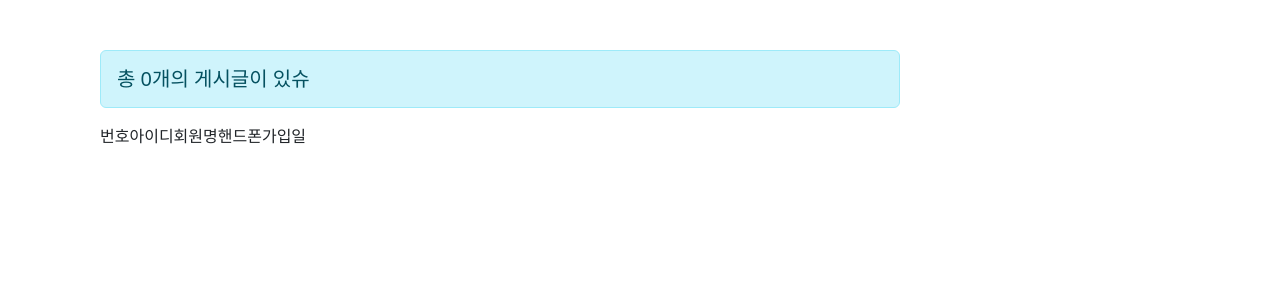
Repository: JunbroGit/SistProject
Page: http://localhost/jsaAjaxProject/mem_gaip/memList.jsp
An editor plug-in stored every save of this project. The page is shown before and after the next save, followed by the edit.
The browser window is 1280 px wide. The pictures show the whole page.
Some web fonts or font styles are not loaded; a fallback is used. The page is served by Tomcat 9. Other server files are loaded and not shown. Queries for data that is not in the repository find no rows.

Above is the page before, as saved 2024-03-18 06:34:07.

### jspwork/jsaAjaxProject/src/main/webapp/mem_gaip/memList.jsp
<%@page import="java.text.SimpleDateFormat"%>
<%@page import="mem_gaip.model.MemgaipDto"%>
<%@page import="java.util.List"%>
<%@page import="mem_gaip.model.MemgaipDao"%>
<%@ page language="java" contentType="text/html; charset=UTF-8"
    pageEncoding="UTF-8"%>
<!DOCTYPE html>
<html>
<head>
<meta charset="UTF-8">
<link href="https://cdn.jsdelivr.net/npm/bootstrap@5.3.2/dist/css/bootstrap.min.css" rel="stylesheet">
<link href="https://fonts.googleapis.com/css2?family=Dongle&family=Gaegu&family=Nanum+Myeongjo&family=Nanum+Pen+Script&family=Noto+Sans+KR:wght@100..900&display=swap" rel="stylesheet">
<script src="https://code.jquery.com/jquery-3.7.0.js"></script>
<title>Insert title here</title>
<%
	MemgaipDao dao=new MemgaipDao();
	List<MemgaipDto> list=dao.getAllDatas();
	SimpleDateFormat sdf=new SimpleDateFormat("yyyy-MM-dd");
%>
</head>
<body>
<div style="margin: 50px 100px; width: 800px;">
	<h5 class="alert alert-info">총 <%=list.size() %>개의 게시글이 있슈</h5>
	<table class="table table-bordered">
		<tr>번호</tr>
		<tr>아이디</tr>
		<tr>회원명</tr>
		<tr>핸드폰</tr>
		<tr>가입일</tr>
	</table>
</div>
</body>
</html>

### jspwork/jsaAjaxProject/src/main/java/mem_gaip/model/MemgaipDao.java
package mem_gaip.model;

import java.sql.Connection;
import java.sql.PreparedStatement;
import java.sql.ResultSet;
import java.sql.SQLException;
import java.util.ArrayList;
import java.util.List;

import mysql.db.DbConnect;

public class MemgaipDao {

	DbConnect db=new DbConnect();

	//아이디가 존재하면 true리턴
	public boolean isIdCheck(String m_id) {

		boolean b=false; //있을 경우에만 true로 변경

		Connection conn=db.getConnection();
		PreparedStatement pstmt=null;
		ResultSet rs=null;

		String sql="select * from memgaip where m_id=?";

		try {
			pstmt=conn.prepareStatement(sql);
			pstmt.setString(1, m_id);
			rs=pstmt.executeQuery();

			if(rs.next()) {

				b=true;
			}
		} catch (SQLException e) {
			// TODO Auto-generated catch block
			e.printStackTrace();
		}finally {
			db.dbClose(rs, pstmt, conn);
		}

		return b;
	}

	public void insertMemgaip(MemgaipDto dto) {

		Connection conn=db.getConnection();
		PreparedStatement pstmt=null;

		String sql="insert into memgaip values(null,?,?,?,?,?,now())";

		try {
			pstmt=conn.prepareStatement(sql);

			pstmt.setString(1, dto.getM_id());
			pstmt.setString(2, dto.getM_pass());
			pstmt.setString(3, dto.getM_name());
			pstmt.setString(4, dto.getM_hp());
			pstmt.setString(5, dto.getM_photo());

			pstmt.execute();
		} catch (SQLException e) {
			// TODO Auto-generated catch block
			e.printStackTrace();
		}finally {
			db.dbClose(pstmt, conn);
		}
	}

	public List<MemgaipDto> getAllDatas(){

		List<MemgaipDto> list=new ArrayList<MemgaipDto>();

		Connection conn=db.getConnection();
		PreparedStatement pstmt=null;
		ResultSet rs=null;

		String sql="select * from memgaip order by m_id";

		try {
			pstmt=conn.prepareStatement(sql);
			rs=pstmt.executeQuery();

			while(rs.next()) {

				MemgaipDto dto=new MemgaipDto();

				dto.setM_num(rs.getString("m_num"));
				dto.setM_id(rs.getString("m_id"));
				dto.setM_name(rs.getString("m_name"));
				dto.setM_hp(rs.getString("m_hp"));
				dto.setM_photo(rs.getString("m_phto"));
				dto.setGaipday(rs.getTimestamp("gaipday"));

				list.add(dto);
			}
		} catch (SQLException e) {
			// TODO Auto-generated catch block
			e.printStackTrace();
		}finally {
			db.dbClose(rs, pstmt, conn);
		}
		return list;
	}
}

### jspwork/jsaAjaxProject/src/main/java/mysql/db/DbConnect.java
package mysql.db;

import java.sql.Connection;
import java.sql.DriverManager;
import java.sql.PreparedStatement;
import java.sql.ResultSet;
import java.sql.SQLException;
import java.sql.Statement;

public class DbConnect {

	static final String MYSQLDRIVER="com.mysql.cj.jdbc.Driver";
	static final String MYSQL_URL="jdbc:mysql://localhost:3306/coffee";

	public DbConnect() {
		try {
			Class.forName(MYSQLDRIVER);
			System.out.println("mysql 드라이버성공");
		} catch (ClassNotFoundException e) {
			// TODO Auto-generated catch block
			//e.printStackTrace();
			System.out.println("mysql 드라이버 실패"+e.getMessage());
		}
	}


	public Connection getConnection()
	{
		Connection conn=null;

		try {
			conn=DriverManager.getConnection(MYSQL_URL, "junbro", "1234");
			System.out.println("MYSQL계정연결성공");
		} catch (SQLException e) {
			// TODO Auto-generated catch block
			e.printStackTrace();
			System.out.println("MYSQL연결실패: "+e.getMessage());
		}


		return conn;
	}

	//close 총 4개 오버로딩
	public void dbClose(ResultSet rs,Statement stmt,Connection conn)
	{

			try {
				if(rs!=null) rs.close();
				if(stmt!=null) stmt.close();
				if(conn!=null) conn.close();
			} catch (SQLException e) {
				// TODO Auto-generated catch block
				e.printStackTrace();
			}
	}

	public void dbClose(Statement stmt,Connection conn)
	{

			try {

				if(stmt!=null) stmt.close();
				if(conn!=null) conn.close();
			} catch (SQLException e) {
				// TODO Auto-generated catch block
				e.printStackTrace();
			}
	}

	public void dbClose(ResultSet rs,PreparedStatement pstmt,Connection conn)
	{

			try {
				if(rs!=null) rs.close();
				if(pstmt!=null) pstmt.close();
				if(conn!=null) conn.close();
			} catch (SQLException e) {
				// TODO Auto-generated catch block
				e.printStackTrace();
			}
	}

	public void dbClose(PreparedStatement pstmt,Connection conn)
	{

			try {

				if(pstmt!=null) pstmt.close();
				if(conn!=null) conn.close();
			} catch (SQLException e) {
				// TODO Auto-generated catch block
				e.printStackTrace();
			}
	}


}

After the next save:
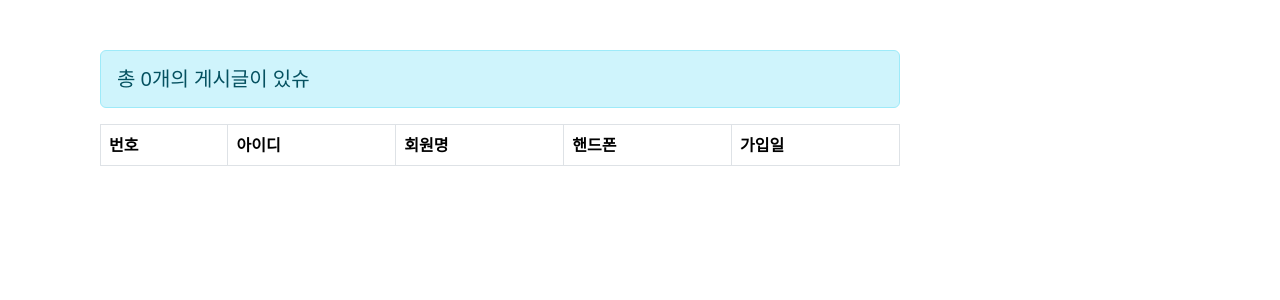
Saved 37 s later.
--- a/jspwork/jsaAjaxProject/src/main/webapp/mem_gaip/memList.jsp
+++ b/jspwork/jsaAjaxProject/src/main/webapp/mem_gaip/memList.jsp
@@ -22,11 +22,11 @@
 <div style="margin: 50px 100px; width: 800px;">
 	<h5 class="alert alert-info">총 <%=list.size() %>개의 게시글이 있슈</h5>
 	<table class="table table-bordered">
-		<tr>번호</tr>
-		<tr>아이디</tr>
-		<tr>회원명</tr>
-		<tr>핸드폰</tr>
-		<tr>가입일</tr>
+		<th>번호</th>
+		<th>아이디</th>
+		<th>회원명</th>
+		<th>핸드폰</th>
+		<th>가입일</th>
 	</table>
 </div>
 </body>

After the 2 saves that followed:
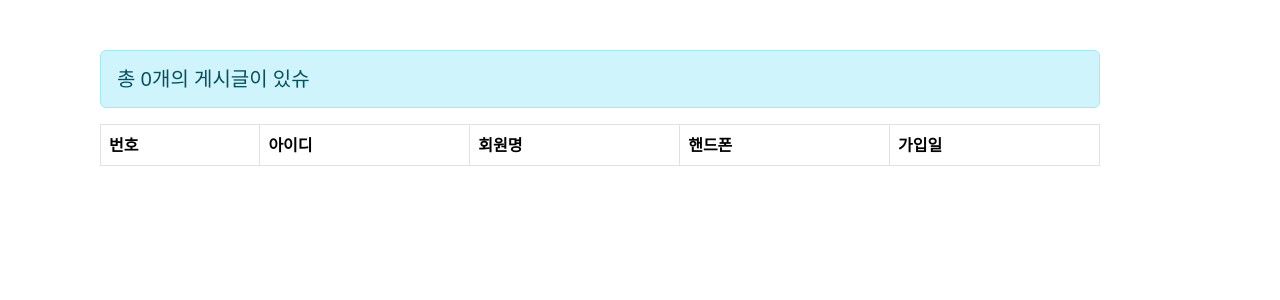
The 2 saves are shown as one change because they came seconds apart.
The last was saved 5 min 5 s later.
--- a/jspwork/jsaAjaxProject/src/main/webapp/mem_gaip/memList.jsp
+++ b/jspwork/jsaAjaxProject/src/main/webapp/mem_gaip/memList.jsp
@@ -19,7 +19,7 @@
 %>
 </head>
 <body>
-<div style="margin: 50px 100px; width: 800px;">
+<div style="margin: 50px 100px; width: 1000px;">
 	<h5 class="alert alert-info">총 <%=list.size() %>개의 게시글이 있슈</h5>
 	<table class="table table-bordered">
 		<th>번호</th>
@@ -27,6 +27,24 @@
 		<th>회원명</th>
 		<th>핸드폰</th>
 		<th>가입일</th>
+
+		<%
+			for(int i=0;i<list.size();i++){
+
+				//1번열에 출력할번호
+				int no=list.size()-i;
+				//i번째 dto얻기
+				MemgaipDto dto=list.get(i);
+				%>
+				<tr>
+					<td align="center"><%=dto.getM_num() %></td>
+					<td><%=dto.getM_id() %></td>
+					<td><%=dto.getM_name() %></td>
+					<td><%=dto.getM_hp() %></td>
+					<td><%=sdf.format(dto.getGaipday()) %></td>
+				</tr>
+			<%}
+		%>
 	</table>
 </div>
 </body>
